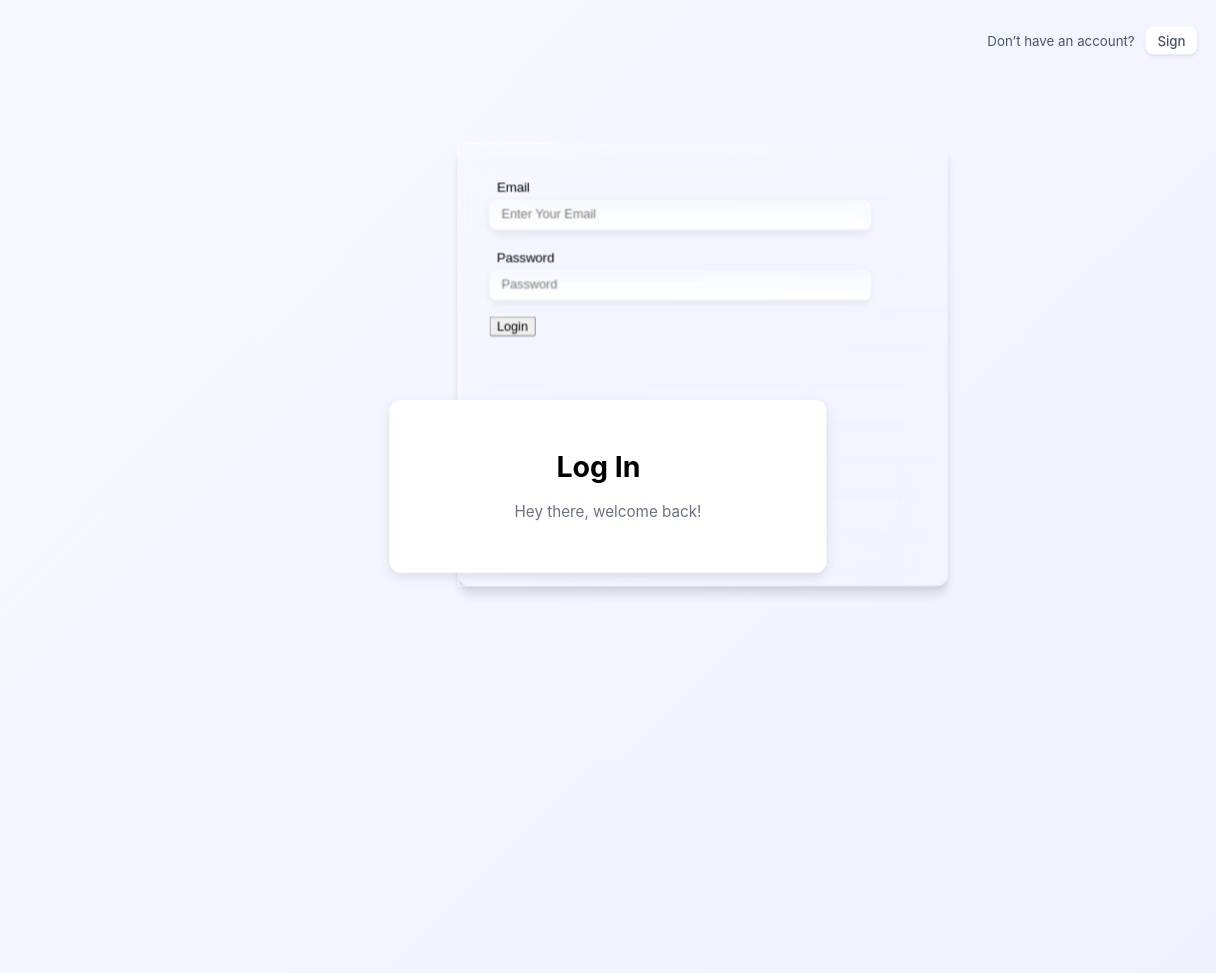
Repository: AfifaNoor/Admin_Panel-React-
Page: /
An editor plug-in stored every save of this project. The page is shown before and after the next save, followed by the edit.
The browser window is 1280 px wide. The pictures show the whole page, at 95% of full size.
The project was rebuilt for these pictures with package versions that can differ from the ones it lists, and the page was loaded fresh each time. Also part of the build but not shown: src/SignUp.jsx.

Above is the page before, as saved 2025-07-10 16:33:32.

### src/App.js
import React from 'react'
import LoginPage from './LoginPage'
import { RouterProvider } from 'react-router-dom'
import Router from './Router'

const App = () => {
  return (
    <>
      {/* <RouterProvider router={Router}/> */}
      <LoginPage/>
    </>


  )
}

export default App

### src/LoginPage.jsx
import React, { useState } from 'react'
// import {Navigate, useNavigate} from 'react-router-dom';
import "./LoginPage.css"
import { ToastContainer, toast } from 'react-toastify';
import 'react-toastify/dist/ReactToastify.css';

const LoginPage = () => {
    const[email , setEmail]=useState('')
    const [password , setPassword] = useState('')
    // const navigate= useNavigate();

const handleSubmit =(e)=>{
    e.preventDefault();

 const hardcoreMail="login@gmail.com";
 const hardcorePassword = '1234567'

    if (email=== hardcoreMail && password === hardcorePassword){
        alert("Login Successfull")

    }else{
        alert("Invalid Credential")
    }

}



  return (
 <div className="login-container">

      <div className="signup-redirect">
        <p>
          Don’t have an account?{' '}
          {/* <span className="signup-link" onClick={() => navigate('/sign-up')}> */}
            {/* Sign Up */}
          {/* </span> */}
          <span className="signup-link" >
            Sign
          </span>
        </p>
      </div>

      <div className="title">
        <h1>Log In</h1>
        <p>Hey there, welcome back!</p>
      </div>

    <div>



    </div>

      <form className="login-form" onSubmit={handleSubmit}>
      <label className='form-label'>Email</label>
        <input
          type="email"
          className="form-input"
          value={email}
          placeholder="Enter Your Email"
          onChange={(e) => setEmail(e.target.value)}
          required
        />

        <label className='form-label'>Password</label>
        <input
          type="password"
          className="form-input"
          placeholder="Password"
          value={password}
          onChange={(e) => setPassword(e.target.value)}
          required
        />

        <button className="login-btn" type="submit">
          Login
        </button>

        {/* <ToastContainer /> */}
      </form>
    </div>
  );
}

export default LoginPage

### src/Router.jsx
import React from 'react';
import { createBrowserRouter , createRoutesFromElements , Route } from 'react-router-dom';
import LoginPage from './LoginPage';
import SignUp from './SignUp';

const Router = createBrowserRouter(
  createRoutesFromElements(
    <>

      <Route path='/sign-up' element={<SignUp/>}/>
      <Route path='login-page' element={<LoginPage/>}/>
    </>
  )
)

export default Router;

### src/LoginPage.css
.login-container {
  width: 100%;
  height: 1024px;
  /* background: #FFFFFF; */
  opacity: 1;
  transform: rotate(0deg);
  display: flex;
  justify-content: center;
  align-items: center;
  background: linear-gradient(135deg, #f8f9ff, #eef2ff);
  flex-direction: column;
  /* font-family: 'Inter','sans-serif'; */
  position: relative;


}
.signup-redirect {
  position: absolute;
  top: 20px;
  right: 20px;
  font-size: 14px;
  color: #475569;
}

.signup-link {
  background: #ffffff;
  border-radius: 8px;
  padding: 6px 12px;
  margin-left: 8px;
  box-shadow: 0 2px 4px rgba(0,0,0,0.1);
  cursor: pointer;
  font-weight: 500;
  transition: all 0.3s ease;
}

.signup-link:hover {
  background: #f0f0f0;
}


.title{
  z-index: 3;
  width: 100%;
  max-width: 400px;
  margin: 50px auto;  /* centers it vertically and horizontally */
  padding: 30px;
  background-color: #fff;
  border-radius: 12px;
  box-shadow: 0 4px 12px rgba(0, 0, 0, 0.1);
  text-align: center;  /* centers the text in the title */


}

.title h1 {
width: 380px;
height: 40px;
font-family: 'Inter', sans-serif;
font-weight: 600px;
font-size: 30px;
line-height: 40px;
letter-spacing: -1%;
margin-bottom: 8px;
}

.title p{
  font-size: 16px;
  font-style: Inter;
  font-weight: 400px;
  font-style:normal;
  line-height: 22px;
  letter-spacing: -1%;
  color: rgba(107, 114, 128, 1);
  margin-bottom: 24px;

}

.login-form{
  width: 450px;
  height: 400px;
  position: absolute;
  top: 150.5px;
  left: 482px;
  border-radius: 12px;
  padding: 32px;
  gap: 10px;
  opacity: 1;
  flex-direction: column;

  z-index: 2;

  background: linear-gradient(180deg, rgba(255, 255, 255, 0) -9.58%, rgba(255, 255, 255, 0.052) 100%);
  border: 1px solid transparent;
  border-image-source: linear-gradient(93.78deg, #FFFFFF 8.04%, rgba(255, 255, 255, 0) 100%);
  border-image-slice: 1;


-webkit-backdrop-filter: blur(20px);
backdrop-filter: blur(20px);

box-shadow:
  0px 10px 10px 0px rgba(0, 0, 0, 0.10),
  0px 4px 4px 0px rgba(0, 0, 0, 0.05),
  0px 1px 0px 0px rgba(0, 0, 0, 0.05),
  inset 0px 20px 50px 0px rgba(255, 255, 255, 0.15);

}

.form-label{
width: 380px;
height: 22px;
transform: rotate(0deg);
opacity: 1;
gap: 12px;
text-align: left;

font-family: 'Intern',sans-serif;
font-weight: 500px;
font-size: 14px;
line-height: 22px;
letter-spacing: -0.01em;

color:black;


border: none;
border-radius: 6px;
padding: 2px 8px;
cursor: pointer;
display: inline-flex;
/* align-items: left; */
justify-content: left;

}

.form-input{

 width: 380px;
  height: 20px;
  min-width: 140px;
  max-width: 500px;
  transform: rotate(0deg);
  opacity: 1;
  border-radius: 8px;
  border-width: 1px;
  padding: 5px 8px 5px 12px;
  gap: 8px;
  margin-bottom: 16px;

  background: linear-gradient(0deg, rgba(255, 255, 255, 0.9) 0%, rgba(255, 255, 255, 0.4) 100%);
  border: 1px solid transparent; /* fallback for border-image */

  border-image:
    linear-gradient(0deg, rgba(255, 255, 255, 0.1), rgba(255, 255, 255, 0.1)),
    linear-gradient(360deg, rgba(255, 255, 255, 0.5) 0%, rgba(255, 255, 255, 0) 100%);
  border-image-slice: 1;


  -webkit-backdrop-filter: blur(20px);
  backdrop-filter: blur(20px);
  box-shadow: 0 4px 10px rgba(0,0,0,0.08);
  cursor: pointer;
}

Loaded but not shown: public/index.html (common file); src/index.js (common file); src/index.css (common file); src/reportWebVitals.js (common file)

After the next save:
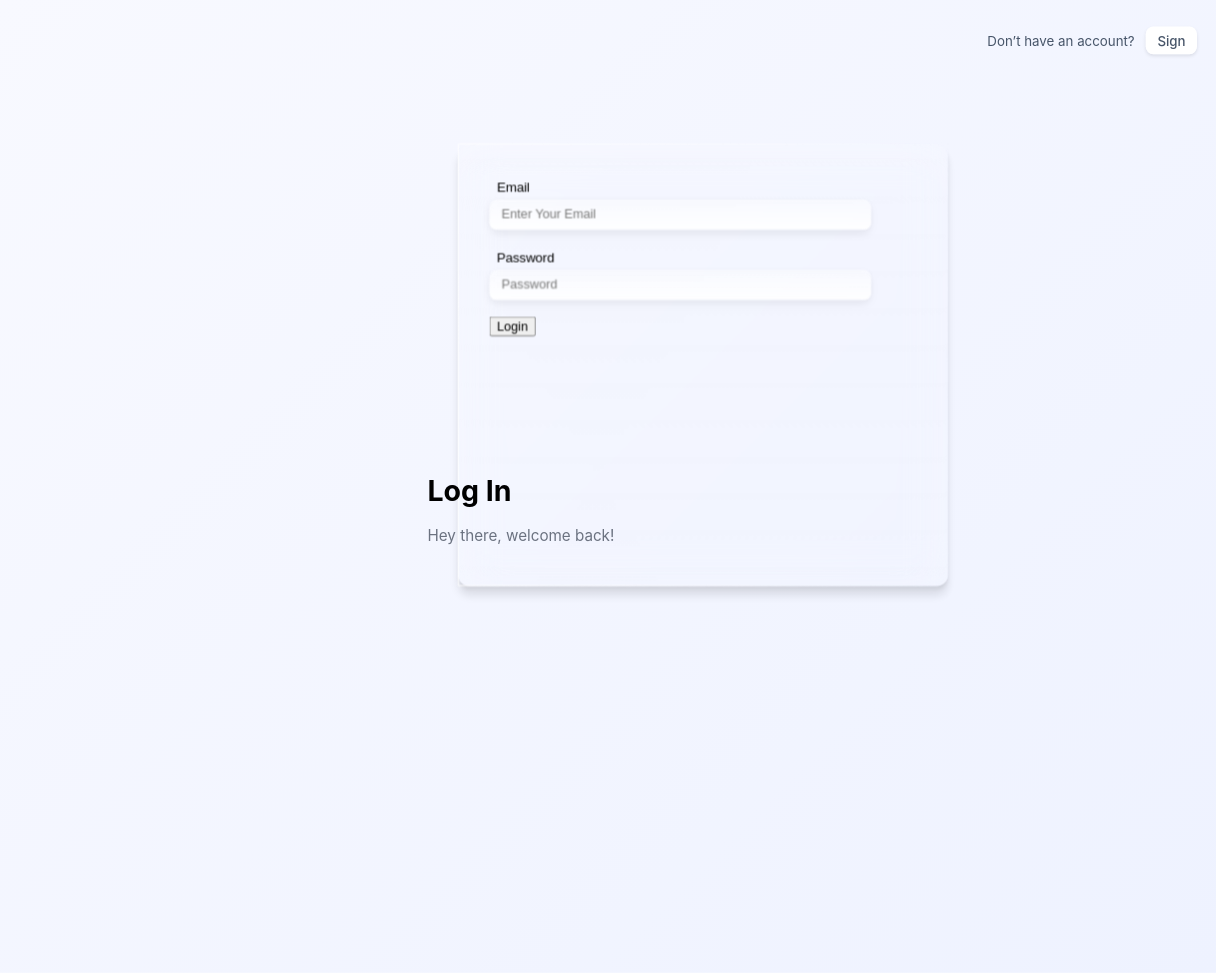
Saved 16 s later.
--- a/src/LoginPage.css
+++ b/src/LoginPage.css
@@ -40,15 +40,10 @@
 
 .title{
   z-index: 3;
-  width: 100%;
-  max-width: 400px;
-  margin: 50px auto;  /* centers it vertically and horizontally */
-  padding: 30px;
-  background-color: #fff;
-  border-radius: 12px;
-  box-shadow: 0 4px 12px rgba(0, 0, 0, 0.1);
-  text-align: center;  /* centers the text in the title */
-
+  width: 380px;
+  height: 72px;
+  opacity: 1;
+  gap: 10px;
 
 }
 
